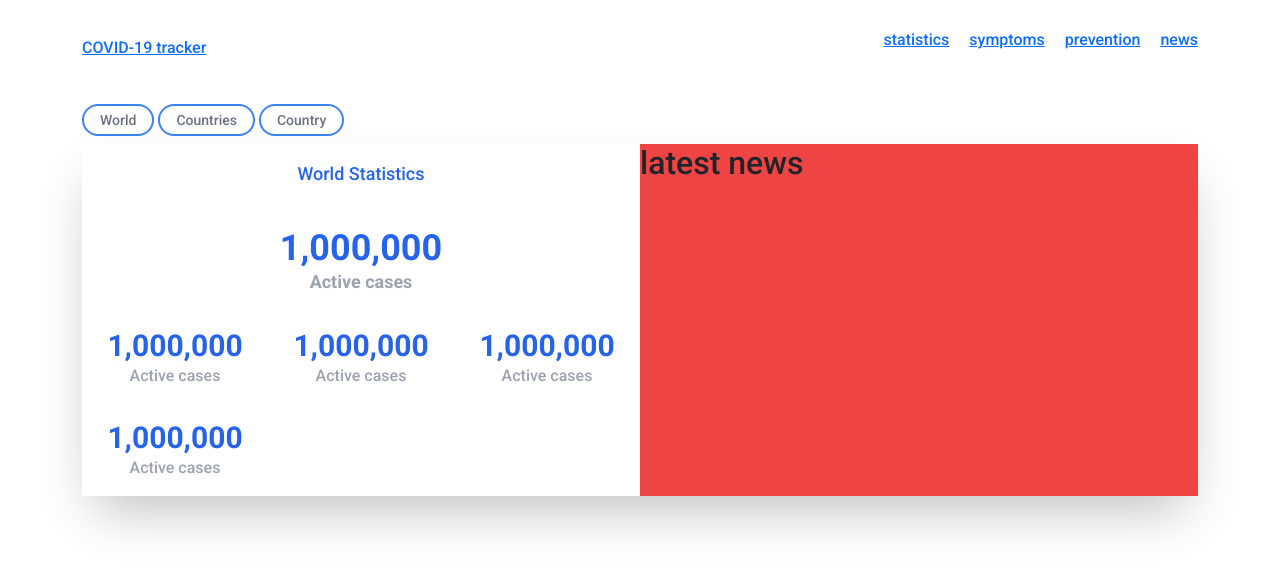
Repository: latenightsnacc/covid-19tracker
Page: design/index.html
These files come from the project's save history. The page is drawn as it stood at one moment and after the next save; the edit follows.
The browser window is 1280 px wide. The pictures show the whole page.
Some web libraries are served in a nearby version.

Above is the page before, as saved 2021-07-23 11:04:33.

After the next save:
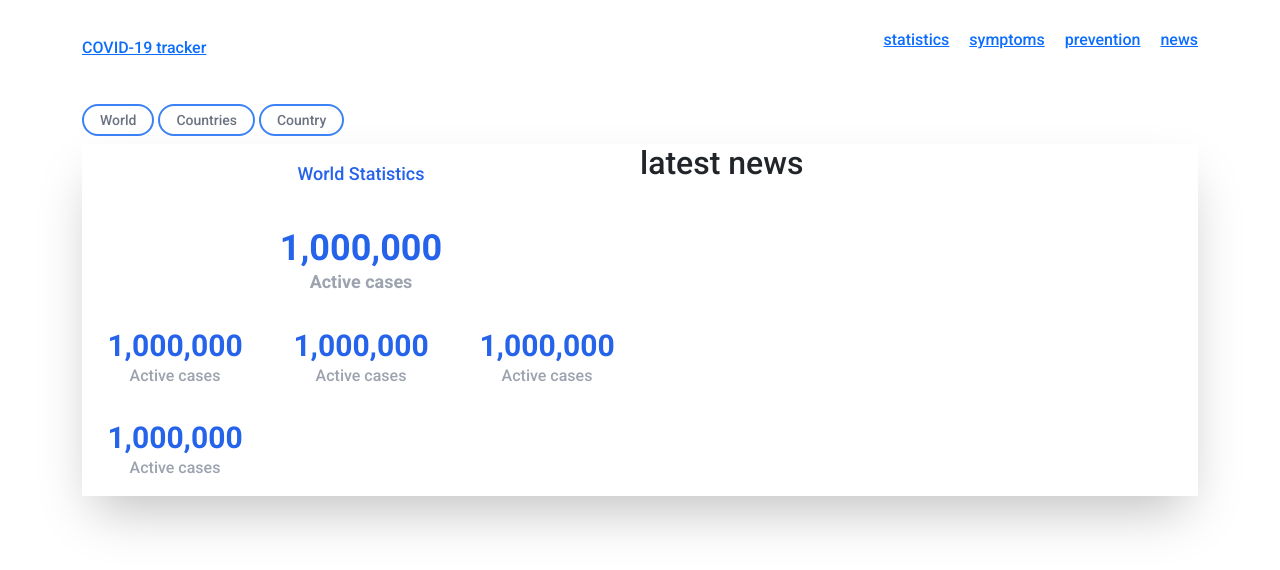
Saved 24 min 8 s later.
--- a/design/index.html
+++ b/design/index.html
@@ -66,6 +66,7 @@
         </div>
 
         <div class="container">
+            <!--Tags Component-->
             <div class="tags py-2">
                 <button class="border-2 border-blue-500 px-3 py-1 rounded-2xl text-gray-500 hover:bg-blue-500 hover:text-white text-mute text-sm capitalize">world</button>
                 <button class="border-2 border-blue-500 px-3 py-1 rounded-2xl text-gray-500 hover:bg-blue-500 hover:text-white text-mute text-sm capitalize">countries</button>
@@ -75,11 +76,12 @@
 
                 <div class="w-100 md:w-1/2 ">
                     <h1 class="text-blue-600 text-center py-3 text-lg">World Statistics</h1>
+                    <div class="w-56 flex flex-col items-center justify-center p-3 m-auto">
+                        <span class="text-4xl text-blue-600 font-bold">1,000,000</span>
+                        <span class="text-lg text-gray-400 font-bold">Active cases</span>
+                    </div>
                     <div class="stats">
-                        <div class="w-56 flex flex-col items-center justify-center p-3 m-auto">
-                            <span class="text-4xl text-blue-600 font-bold">1,000,000</span>
-                            <span class="text-lg text-gray-400 font-bold">Active cases</span>
-                        </div>
+
                         <div class="grid grid-rows-auto grid-cols-3">
                             <div class="flex flex-col items-center justify-center p-3">
                                 <span class="text-3xl text-blue-600 font-bold">1,000,000</span>
@@ -102,7 +104,7 @@
                     </div>
 
                 </div>
-                <div class="w-100 md:w-1/2 bg-red-500"">
+                <div class="w-100 md:w-1/2">
                     <h2>latest news</h2>
 
                 </div>
